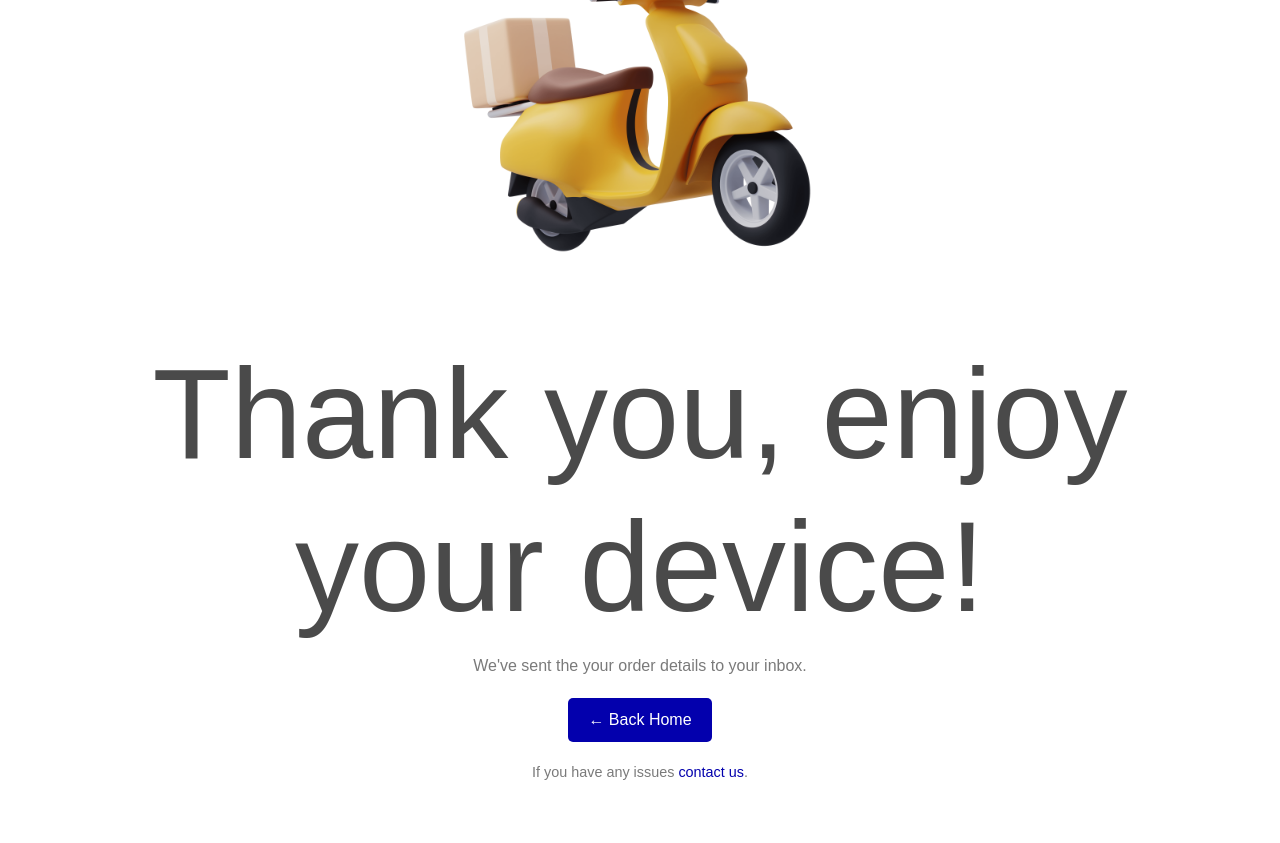
Repository: Davidobi21/macelect
Page: frontend/pages/thank-you.html
An editor plug-in stored every save of this project. The page is shown before and after the next save, followed by the edit.
The browser window is 1280 px wide. The pictures show the whole page.

Above is the page before, as saved 2025-05-01 05:28:06.

After the next save:
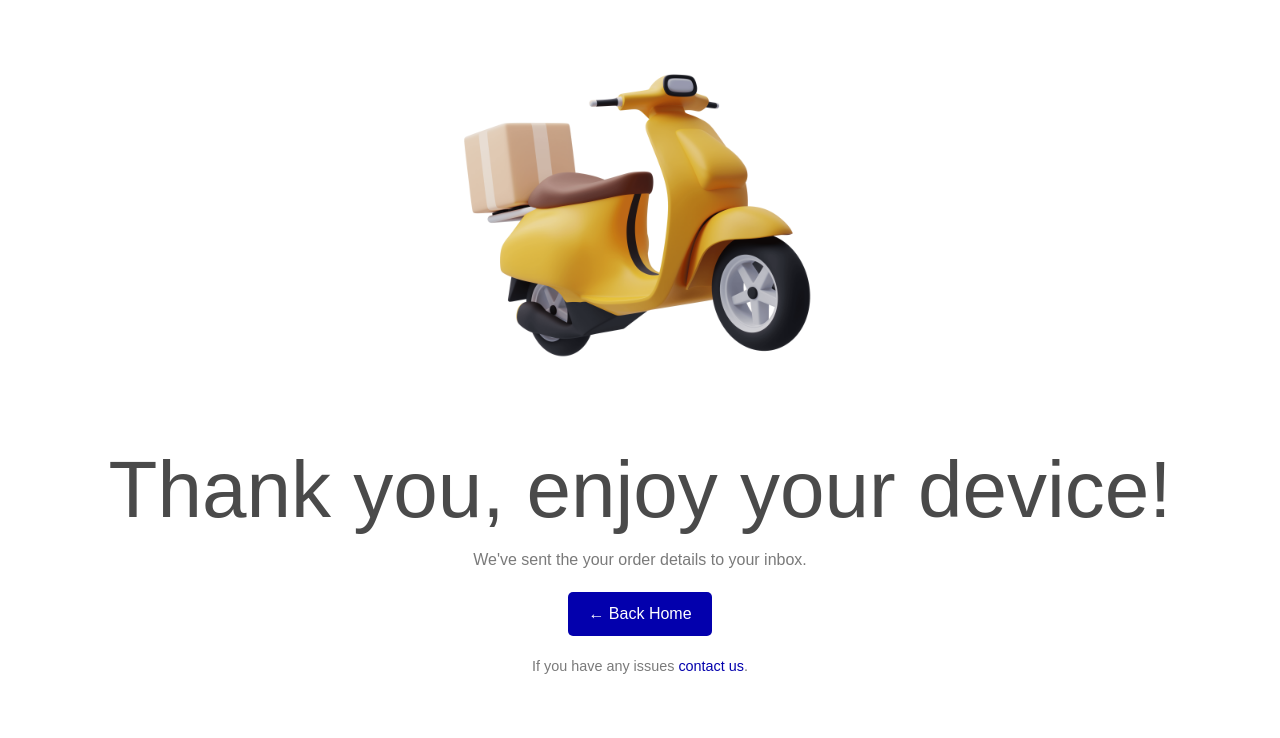
Saved 7 s later.
--- a/frontend/pages/thank-you.html
+++ b/frontend/pages/thank-you.html
@@ -24,7 +24,7 @@
       margin-bottom: 20px;
     }
     .thank-you-container h1 {
-      font-size: 8rem;
+      font-size: 5rem;
       color: #4a4a4a;
       margin-bottom: 10px;
     }
